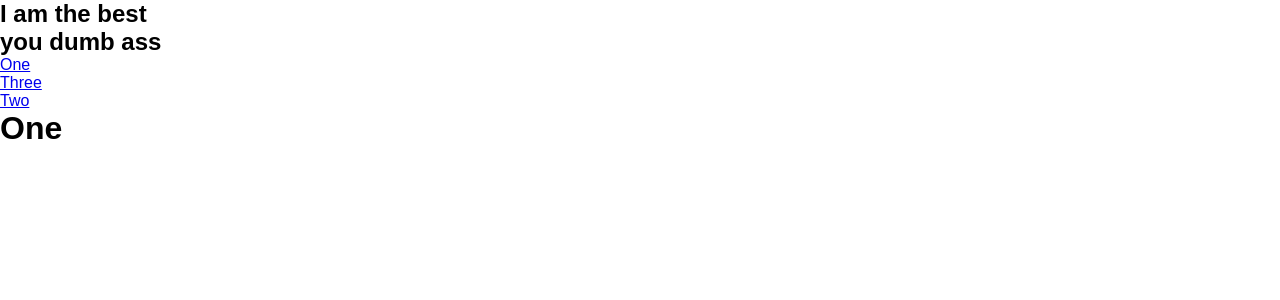
Repository: Imprasna/scrollmagic
Page: index.html
These files come from the project's save history. The page is drawn as it stood at one moment and after the next save; the edit follows.
The browser window is 1280 px wide. The pictures show the whole page.
Some web fonts or font styles are not loaded; a fallback is used. Some web libraries are served in a nearby version.

Above is the page before, as saved 2021-10-26 00:46:59.

### index.html
<!DOCTYPE html>
<html lang="en">
<head>
    <meta charset="UTF-8">
    <meta http-equiv="X-UA-Compatible" content="IE=edge">
    <meta name="viewport" content="width=device-width, initial-scale=1.0">
    <link rel="stylesheet" href="style.css">
    <script src="https://cdnjs.cloudflare.com/ajax/libs/gsap/3.8.0/gsap.min.js" integrity="sha512-eP6ippJojIKXKO8EPLtsUMS+/sAGHGo1UN/38swqZa1ypfcD4I0V/ac5G3VzaHfDaklFmQLEs51lhkkVaqg60Q==" crossorigin="anonymous" referrerpolicy="no-referrer"></script>
    <script src="https://cdnjs.cloudflare.com/ajax/libs/gsap/3.8.0/ScrollTrigger.min.js" integrity="sha512-CPA5LMoJI/a5HkSIAKcBtFXe4gqGjPUL2ExF/3PmhrrHI17wod9xOqqF+0WZQRKIIq0KwF8oG5BaiWobtrke3A==" crossorigin="anonymous" referrerpolicy="no-referrer"></script>
    <title>Gsap Animation</title>
</head>
<body>
    <div class="section">
        <nav>
            <h1 class="sliding-text">I am the best <br>you dumb ass</br></h1>
            <ul>
                <li><a href="#">One</a></li>
                <li><a href="#">Three</a></li>
                <li><a href="#">Two</a></li>
            </ul>
        </nav>
        <h1 class="logo">One</h1>
    </div>
</body>
</html>

### style.css
@import url('https://fonts.googleapis.com/css2?family=Zen+Kurenaido&display=swap');


* {
    margin: 0;
    padding: 0;
    box-sizing: border-box;
}

html, body {
    font-family: 'Zen Kurenaido', sans-serif;
}

After the next save:
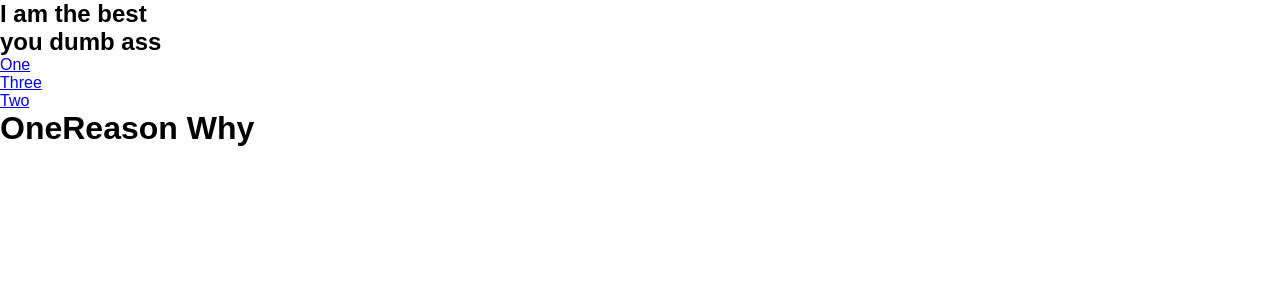
Saved 5 s later.
--- a/index.html
+++ b/index.html
@@ -19,7 +19,7 @@
                 <li><a href="#">Two</a></li>
             </ul>
         </nav>
-        <h1 class="logo">One</h1>
+        <h1 class="logo">OneReason Why</h1>
     </div>
 </body>
 </html>
